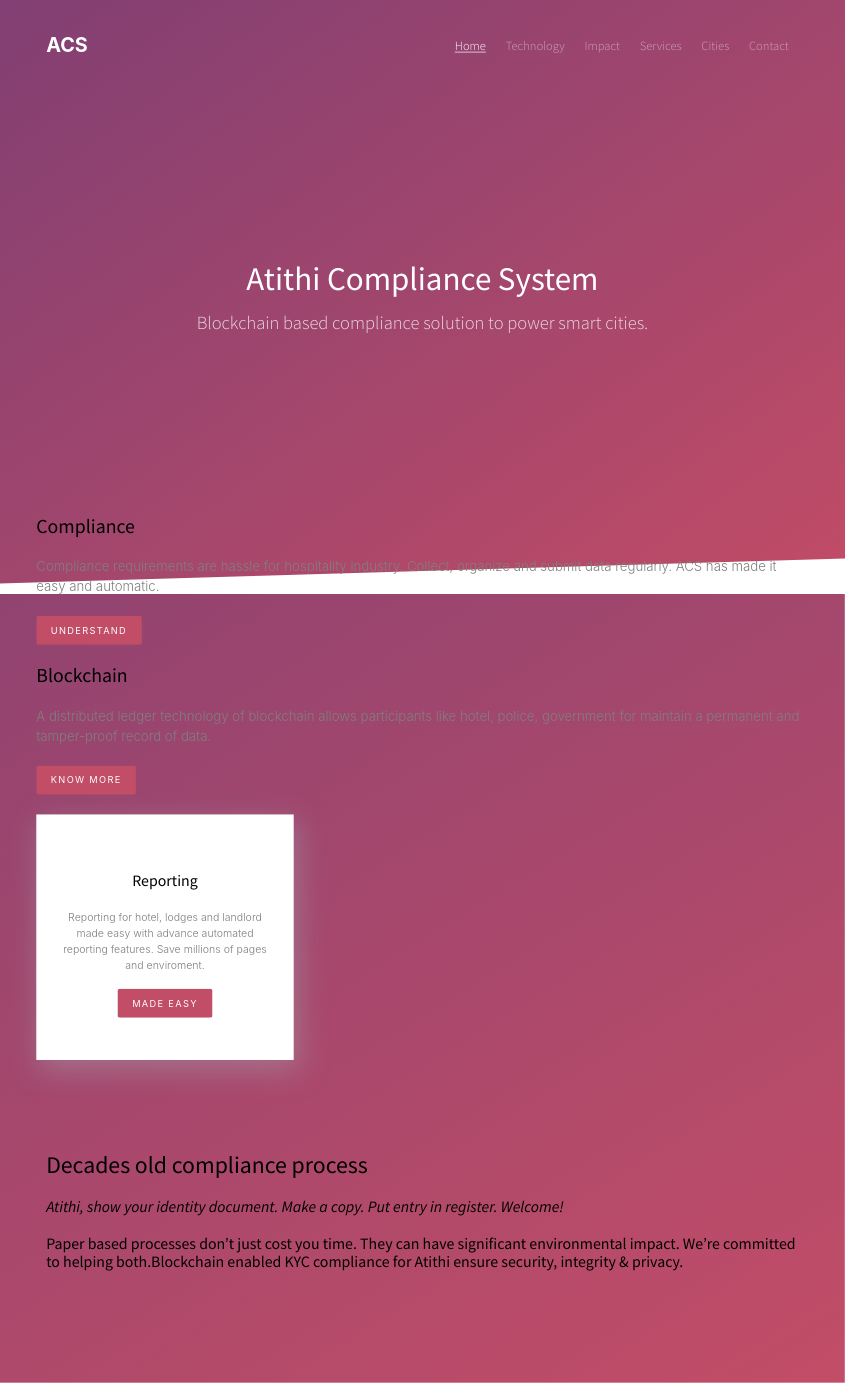
Repository: agarwalrahul-22/acs
Page: /
The author's editor kept a copy of each file at every save. The page is drawn from the files as they stood at one save, then again after a run of saves.
The browser window is 1280 px wide. The pictures show the whole page, at 66% of full size.
The project was rebuilt for these pictures with package versions that can differ from the ones it lists, and the page was loaded fresh each time.

Above is the page before, as saved 2022-10-09 15:51:49.

### public/index.html
<!DOCTYPE html>
<html lang="en">
  <head>
    <meta charset="utf-8" />
    <link rel="icon" href="%PUBLIC_URL%/favicon.ico" />
    <meta name="viewport" content="width=device-width, initial-scale=1" />
    <meta name="theme-color" content="#000000" />
    <meta name="description" content="Blockchain based Atithi Compliance System" />
    <link rel="apple-touch-icon" href="%PUBLIC_URL%/logo192.png" />
    <link href='https://fonts.googleapis.com/css?family=Source+Sans+Pro:400,300,600,400italic,700' rel='stylesheet'
      type='text/css'>
    <link rel="stylesheet" href="css/animate.css">
    <link rel="stylesheet" href="css/icomoon.css">
    <link rel="stylesheet" href="css/simple-line-icons.css">
    <link rel="stylesheet" href="css/magnific-popup.css">
    <link rel="stylesheet" href="css/bootstrap.css">
    <link rel="stylesheet" href="css/style3.css">
    <!--
      manifest.json provides metadata used when your web app is installed on a
      user's mobile device or desktop. See https://developers.google.com/web/fundamentals/web-app-manifest/
    -->
    <link rel="manifest" href="%PUBLIC_URL%/manifest.json" />
    <!--
      Notice the use of %PUBLIC_URL% in the tags above.
      It will be replaced with the URL of the `public` folder during the build.
      Only files inside the `public` folder can be referenced from the HTML.

      Unlike "/favicon.ico" or "favicon.ico", "%PUBLIC_URL%/favicon.ico" will
      work correctly both with client-side routing and a non-root public URL.
      Learn how to configure a non-root public URL by running `npm run build`.
    -->
    <title>Atithi Compliance System</title>
  </head>
  <body>
    <noscript>You need to enable JavaScript to run this app.</noscript>
    <div id="root"></div>
    <!--
      This HTML file is a template.
      If you open it directly in the browser, you will see an empty page.

      You can add webfonts, meta tags, or analytics to this file.
      The build step will place the bundled scripts into the <body> tag.

      To begin the development, run `npm start` or `yarn start`.
      To create a production bundle, use `npm run build` or `yarn build`.
    -->
  </body>
</html>

### src/index.css
body {
  margin: 0;
  font-family: -apple-system, BlinkMacSystemFont, 'Segoe UI', 'Roboto', 'Oxygen',
    'Ubuntu', 'Cantarell', 'Fira Sans', 'Droid Sans', 'Helvetica Neue',
    sans-serif;
  /* background-color: #c24d67; */
  background-image: -webkit-gradient(linear, 0% 0%, 100% 100%, color-stop(0, #7b3f75), color-stop(1, #c24d67));
  /* Android 2.3 */
  background-image: -webkit-repeating-linear-gradient(top left, #7b3f75 0%, #c24d67 100%);
  /* IE10+ */
  /* background-image: repeating-linear-gradient(to bottom right, #7b3f75 0%, #c24d67 100%); */
  background-image: -ms-repeating-linear-gradient(top left, #7b3f75 0%, #c24d67 100%);
  -webkit-font-smoothing: antialiased;
  -moz-osx-font-smoothing: grayscale;
}

code {
  font-family: source-code-pro, Menlo, Monaco, Consolas, 'Courier New',
    monospace;
}

### src/components/LandingComponent.js
import React from 'react'

export default function LandingComponent() {
  return (
    <div>
      <section
        id="fh5co-home"
        data-section="home"
        // style="background-image: url(../images/full_image_2.jpg);"
        data-stellar-background-ratio="0.5"
      >
        <div className="gradient"></div>
        <div className="container">
          <div className="text-wrap">
            <div className="text-inner">
              <h1 className="to-animate">Atithi Compliance System</h1>
              <h2 className="to-animate">
                Blockchain based compliance solution to power smart cities.
              </h2>
            </div>
          </div>
        </div>
        <div className="slant"></div>
      </section>
      <section id="fh5co-intro">
        <div className="container">
          <div className="row row-bottom-padded-lg">
            <div
            //   className="fh5co-block to-animate"
            //   style="background-image: url(images/img_7.jpg);"
            >
              <div className="overlay-darker"></div>
              <div className="overlay"></div>
              <div className="fh5co-text">
                {/* <img
                  src="images/report.svg"
                  style="width: 90px; height: 90px"
                  alt=""
                /> */}
                <p></p>
                <h2>Compliance</h2>
                <p>
                  Compliance requirements are hassle for hospitality industry.
                  Collect, organize and submit data regularly. ACS has made it
                  easy and automatic.
                </p>
                <p>
                  <a href="#" className="btn btn-primary">
                    Understand
                  </a>
                </p>
              </div>
            </div>
            <div
            //   className="fh5co-block to-animate"
            //   style="background-image: url(images/img_8.jpg);"
            >
              <div className="overlay-darker"></div>
              <div className="overlay"></div>
              <div className="fh5co-text">
                {/* <img
                  src="images/blockchain.svg"
                  style="width: 90px; height: 90px"
                  alt=""
                /> */}
                <p></p>
                <h2>Blockchain</h2>
                <p>
                  A distributed ledger technology of blockchain allows
                  participants like hotel, police, government for maintain a
                  permanent and tamper-proof record of data.
                </p>
                <p>
                  <a href="#" className="btn btn-primary">
                    Know More
                  </a>
                </p>
              </div>
            </div>
            <div
              className="fh5co-block to-animate"
            //   style="background-image: url(images/img_10.jpg);"
            >
              {/* <div className="overlay-darker"></div> */}
              {/* <div className="overlay"></div> */}
              <div className="fh5co-text">
                <img
                //   src="images/report.svg"
                //   style="width: 90px; height: 90px"
                //   alt=""
                />
                <p></p>
                <h2>Reporting</h2>
                <p>
                  Reporting for hotel, lodges and landlord made easy with
                  advance automated reporting features. Save millions of pages
                  and enviroment.
                </p>
                <p>
                  <a href="#" className="btn btn-primary">
                    Made Easy
                  </a>
                </p>
              </div>
            </div>
          </div>
          <div>
            <h1>Decades old compliance process</h1>
            <h3>
              <i>
                Atithi, show your identity document. Make a copy. Put entry in
                register. Welcome!
              </i>
            </h3>
            <h3>
              Paper based processes don’t just cost you time. They can have
              significant environmental impact. We’re committed to helping
              both.Blockchain enabled KYC compliance for Atithi ensure security,
              integrity & privacy.
            </h3>
          </div>
        </div>
      </section>
    </div>
  );
}

### public/css/simple-line-icons.css
@font-face {
  font-family: 'simple-line-icons';
  src:  url('../fonts/simple-line-icons/Simple-Line-Icons.eot?v=2.2.2');
  src:  url('../fonts/simple-line-icons/Simple-Line-Icons.eot?#iefix&v=2.2.2') format('embedded-opentype'),
        url('../fonts/simple-line-icons/Simple-Line-Icons.ttf?v=2.2.2') format('truetype'),
        url('../fonts/simple-line-icons/Simple-Line-Icons.woff2?v=2.2.2') format('woff2'),
        url('../fonts/simple-line-icons/Simple-Line-Icons.woff?v=2.2.2') format('woff'),
        url('../fonts/simple-line-icons/Simple-Line-Icons.svg?v=2.2.2#simple-line-icons') format('svg');
  font-weight: normal;
  font-style: normal;
}
/*
 Use the following CSS code if you want to have a class per icon.
 Instead of a list of all class selectors, you can use the generic [class*="icon-"] selector, but it's slower:
*/
.icon-user,
.icon-people,
.icon-user-female,
.icon-user-follow,
.icon-user-following,
.icon-user-unfollow,
.icon-login,
.icon-logout,
.icon-emotsmile,
.icon-phone,
.icon-call-end,
.icon-call-in,
.icon-call-out,
.icon-map,
.icon-location-pin,
.icon-direction,
.icon-directions,
.icon-compass,
.icon-layers,
.icon-menu,
.icon-list,
.icon-options-vertical,
.icon-options,
.icon-arrow-down,
.icon-arrow-left,
.icon-arrow-right,
.icon-arrow-up,
.icon-arrow-up-circle,
.icon-arrow-left-circle,
.icon-arrow-right-circle,
.icon-arrow-down-circle,
.icon-check,
.icon-clock,
.icon-plus,
.icon-close,
.icon-trophy,
.icon-screen-smartphone,
.icon-screen-desktop,
.icon-plane,
.icon-notebook,
.icon-mustache,
.icon-mouse,
.icon-magnet,
.icon-energy,
.icon-disc,
.icon-cursor,
.icon-cursor-move,
.icon-crop,
.icon-chemistry,
.icon-speedometer,
.icon-shield,
.icon-screen-tablet,
.icon-magic-wand,
.icon-hourglass,
.icon-graduation,
.icon-ghost,
.icon-game-controller,
.icon-fire,
.icon-eyeglass,
.icon-envelope-open,
.icon-envelope-letter,
.icon-bell,
.icon-badge,
.icon-anchor,
.icon-wallet,
.icon-vector,
.icon-speech,
.icon-puzzle,
.icon-printer,
.icon-present,
.icon-playlist,
.icon-pin,
.icon-picture,
.icon-handbag,
.icon-globe-alt,
.icon-globe,
.icon-folder-alt,
.icon-folder,
.icon-film,
.icon-feed,
.icon-drop,
.icon-drawar,
.icon-docs,
.icon-doc,
.icon-diamond,
.icon-cup,
.icon-calculator,
.icon-bubbles,
.icon-briefcase,
.icon-book-open,
.icon-basket-loaded,
.icon-basket,
.icon-bag,
.icon-action-undo,
.icon-action-redo,
.icon-wrench,
.icon-umbrella,
.icon-trash,
.icon-tag,
.icon-support,
.icon-frame,
.icon-size-fullscreen,
.icon-size-actual,
.icon-shuffle,
.icon-share-alt,
.icon-share,
.icon-rocket,
.icon-question,
.icon-pie-chart,
.icon-pencil,
.icon-note,
.icon-loop,
.icon-home,
.icon-grid,
.icon-graph,
.icon-microphone,
.icon-music-tone-alt,
.icon-music-tone,
.icon-earphones-alt,
.icon-earphones,
.icon-equalizer,
.icon-like,
.icon-dislike,
.icon-control-start,
.icon-control-rewind,
.icon-control-play,
.icon-control-pause,
.icon-control-forward,
.icon-control-end,
.icon-volume-1,
.icon-volume-2,
.icon-volume-off,
.icon-calendar,
.icon-bulb,
.icon-chart,
.icon-ban,
.icon-bubble,
.icon-camrecorder,
.icon-camera,
.icon-cloud-download,
.icon-cloud-upload,
.icon-envelope,
.icon-eye,
.icon-flag,
.icon-heart,
.icon-info,
.icon-key,
.icon-link,
.icon-lock,
.icon-lock-open,
.icon-magnifier,
.icon-magnifier-add,
.icon-magnifier-remove,
.icon-paper-clip,
.icon-paper-plane,
.icon-power,
.icon-refresh,
.icon-reload,
.icon-settings,
.icon-star,
.icon-symble-female,
.icon-symbol-male,
.icon-target,
.icon-credit-card,
.icon-paypal,
.icon-social-tumblr,
.icon-social-twitter,
.icon-social-facebook,
.icon-social-instagram,
.icon-social-linkedin,
.icon-social-pinterest,
.icon-social-github,
.icon-social-gplus,
.icon-social-reddit,
.icon-social-skype,
.icon-social-dribbble,
.icon-social-behance,
.icon-social-foursqare,
.icon-social-soundcloud,
.icon-social-spotify,
.icon-social-stumbleupon,
.icon-social-youtube,
.icon-social-dropbox {
  font-family: 'simple-line-icons';
  speak: none;
  font-style: normal;
  font-weight: normal;
  font-variant: normal;
  text-transform: none;
  line-height: 1;
  /* Better Font Rendering =========== */
  -webkit-font-smoothing: antialiased;
  -moz-osx-font-smoothing: grayscale;
}
.icon-user:before {
  content: "\e005";
}
.icon-people:before {
  content: "\e001";
}
.icon-user-female:before {
  content: "\e000";
}
.icon-user-follow:before {
  content: "\e002";
}
.icon-user-following:before {
  content: "\e003";
}
.icon-user-unfollow:before {
  content: "\e004";
}
.icon-login:before {
  content: "\e066";
}
.icon-logout:before {
  content: "\e065";
}
.icon-emotsmile:before {
  content: "\e021";
}
.icon-phone:before {
  content: "\e600";
}
.icon-call-end:before {
  content: "\e048";
}
.icon-call-in:before {
  content: "\e047";
}
.icon-call-out:before {
  content: "\e046";
}
.icon-map:before {
  content: "\e033";
}
.icon-location-pin:before {
  content: "\e096";
}
.icon-direction:before {
  content: "\e042";
}
.icon-directions:before {
  content: "\e041";
}
.icon-compass:before {
  content: "\e045";
}
.icon-layers:before {
  content: "\e034";
}
.icon-menu:before {
  content: "\e601";
}
.icon-list:before {
  content: "\e067";
}
.icon-options-vertical:before {
  content: "\e602";
}
.icon-options:before {
  content: "\e603";
}
.icon-arrow-down:before {
  content: "\e604";
}
.icon-arrow-left:before {
  content: "\e605";
}
.icon-arrow-right:before {
  content: "\e606";
}
.icon-arrow-up:before {
  content: "\e607";
}
.icon-arrow-up-circle:before {
  content: "\e078";
}
.icon-arrow-left-circle:before {
  content: "\e07a";
}
.icon-arrow-right-circle:before {
  content: "\e079";
}
.icon-arrow-down-circle:before {
  content: "\e07b";
}
.icon-check:before {
  content: "\e080";
}
.icon-clock:before {
  content: "\e081";
}
.icon-plus:before {
  content: "\e095";
}
.icon-close:before {
  content: "\e082";
}
.icon-trophy:before {
  content: "\e006";
}
.icon-screen-smartphone:before {
  content: "\e010";
}
.icon-screen-desktop:before {
  content: "\e011";
}
.icon-plane:before {
  content: "\e012";
}
.icon-notebook:before {
  content: "\e013";
}
.icon-mustache:before {
  content: "\e014";
}
.icon-mouse:before {
  content: "\e015";
}
.icon-magnet:before {
  content: "\e016";
}
.icon-energy:before {
  content: "\e020";
}
.icon-disc:before {
  content: "\e022";
}
.icon-cursor:before {
  content: "\e06e";
}
.icon-cursor-move:before {
  content: "\e023";
}
.icon-crop:before {
  content: "\e024";
}
.icon-chemistry:before {
  content: "\e026";
}
.icon-speedometer:before {
  content: "\e007";
}
.icon-shield:before {
  content: "\e00e";
}
.icon-screen-tablet:before {
  content: "\e00f";
}
.icon-magic-wand:before {
  content: "\e017";
}
.icon-hourglass:before {
  content: "\e018";
}
.icon-graduation:before {
  content: "\e019";
}
.icon-ghost:before {
  content: "\e01a";
}
.icon-game-controller:before {
  content: "\e01b";
}
.icon-fire:before {
  content: "\e01c";
}
.icon-eyeglass:before {
  content: "\e01d";
}
.icon-envelope-open:before {
  content: "\e01e";
}
.icon-envelope-letter:before {
  content: "\e01f";
}
.icon-bell:before {
  content: "\e027";
}
.icon-badge:before {
  content: "\e028";
}
.icon-anchor:before {
  content: "\e029";
}
.icon-wallet:before {
  content: "\e02a";
}
.icon-vector:before {
  content: "\e02b";
}
.icon-speech:before {
  content: "\e02c";
}
.icon-puzzle:before {
  content: "\e02d";
}
.icon-printer:before {
  content: "\e02e";
}
.icon-present:before {
  content: "\e02f";
}
.icon-playlist:before {
  content: "\e030";
}
.icon-pin:before {
  content: "\e031";
}
.icon-picture:before {
  content: "\e032";
}
.icon-handbag:before {
  content: "\e035";
}
.icon-globe-alt:before {
  content: "\e036";
}
.icon-globe:before {
  content: "\e037";
}
.icon-folder-alt:before {
  content: "\e039";
}
.icon-folder:before {
  content: "\e089";
}
.icon-film:before {
  content: "\e03a";
}
.icon-feed:before {
  content: "\e03b";
}
.icon-drop:before {
  content: "\e03e";
}
.icon-drawar:before {
  content: "\e03f";
}
.icon-docs:before {
  content: "\e040";
}
.icon-doc:before {
  content: "\e085";
}
.icon-diamond:before {
  content: "\e043";
}
.icon-cup:before {
  content: "\e044";
}
.icon-calculator:before {
  content: "\e049";
}
.icon-bubbles:before {
  content: "\e04a";
}
.icon-briefcase:before {
  content: "\e04b";
}
.icon-book-open:before {
  content: "\e04c";
}
.icon-basket-loaded:before {
  content: "\e04d";
}
.icon-basket:before {
  content: "\e04e";
}
.icon-bag:before {
  content: "\e04f";
}
.icon-action-undo:before {
  content: "\e050";
}
.icon-action-redo:before {
  content: "\e051";
}
.icon-wrench:before {
  content: "\e052";
}
.icon-umbrella:before {
  content: "\e053";
}
.icon-trash:before {
  content: "\e054";
}
.icon-tag:before {
  content: "\e055";
}
.icon-support:before {
  content: "\e056";
}
.icon-frame:before {
  content: "\e038";
}
.icon-size-fullscreen:before {
  content: "\e057";
}
.icon-size-actual:before {
  content: "\e058";
}
.icon-shuffle:before {
  content: "\e059";
}
.icon-share-alt:before {
  content: "\e05a";
}
.icon-share:before {
  content: "\e05b";
}
.icon-rocket:before {
  content: "\e05c";
}
.icon-question:before {
  content: "\e05d";
}
.icon-pie-chart:before {
  content: "\e05e";
}
.icon-pencil:before {
  content: "\e05f";
}
.icon-note:before {
  content: "\e060";
}
.icon-loop:before {
  content: "\e064";
}
.icon-home:before {
  content: "\e069";
}
.icon-grid:before {
  content: "\e06a";
}
.icon-graph:before {
  content: "\e06b";
}
.icon-microphone:before {
  content: "\e063";
}
.icon-music-tone-alt:before {
  content: "\e061";
}
.icon-music-tone:before {
  content: "\e062";
}
.icon-earphones-alt:before {
  content: "\e03c";
}
.icon-earphones:before {
  content: "\e03d";
}
.icon-equalizer:before {
  content: "\e06c";
}
.icon-like:before {
  content: "\e068";
}
.icon-dislike:before {
  content: "\e06d";
}
.icon-control-start:before {
  content: "\e06f";
}
.icon-control-rewind:before {
  content: "\e070";
}
.icon-control-play:before {
  content: "\e071";
}
.icon-control-pause:before {
  content: "\e072";
}
.icon-control-forward:before {
  content: "\e073";
}
.icon-control-end:before {
  content: "\e074";
}
.icon-volume-1:before {
  content: "\e09f";
}
.icon-volume-2:before {
  content: "\e0a0";
}
.icon-volume-off:before {
  content: "\e0a1";
}
.icon-calendar:before {
  content: "\e075";
}
.icon-bulb:before {
  content: "\e076";
}
.icon-chart:before {
  content: "\e077";
}
.icon-ban:before {
  content: "\e07c";
}
.icon-bubble:before {
  content: "\e07d";
}
.icon-camrecorder:before {
  content: "\e07e";
}
.icon-camera:before {
  content: "\e07f";
}
.icon-cloud-download:before {
  content: "\e083";
}
.icon-cloud-upload:before {
  content: "\e084";
}
.icon-envelope:before {
  content: "\e086";
}
.icon-eye:before {
  content: "\e087";
}
.icon-flag:before {
  content: "\e088";
}
.icon-heart:before {
  content: "\e08a";
}
.icon-info:before {
  content: "\e08b";
}
.icon-key:before {
  content: "\e08c";
}
.icon-link:before {
  content: "\e08d";
}
.icon-lock:before {
  content: "\e08e";
}
.icon-lock-open:before {
  content: "\e08f";
}
.icon-magnifier:before {
  content: "\e090";
}
.icon-magnifier-add:before {
  content: "\e091";
}
.icon-magnifier-remove:before {
  content: "\e092";
}
.icon-paper-clip:before {
  content: "\e093";
}
.icon-paper-plane:before {
  content: "\e094";
}
.icon-power:before {
  content: "\e097";
}
.icon-refresh:before {
  content: "\e098";
}
.icon-reload:before {
  content: "\e099";
}
.icon-settings:before {
  content: "\e09a";
}
.icon-star:before {
  content: "\e09b";
}
.icon-symble-female:before {
  content: "\e09c";
}
.icon-symbol-male:before {
  content: "\e09d";
}
.icon-target:before {
  content: "\e09e";
}
.icon-credit-card:before {
  content: "\e025";
}
.icon-paypal:before {
  content: "\e608";
}
.icon-social-tumblr:before {
  content: "\e00a";
}
.icon-social-twitter:before {
  content: "\e009";
}
.icon-social-facebook:before {
  content: "\e00b";
}
.icon-social-instagram:before {
  content: "\e609";
}
.icon-social-linkedin:before {
  content: "\e60a";
}
.icon-social-pinterest:before {
  content: "\e60b";
}
.icon-social-github:before {
  content: "\e60c";
}
.icon-social-gplus:before {
  content: "\e60d";
}
.icon-social-reddit:before {
  content: "\e60e";
}
.icon-social-skype:before {
  content: "\e60f";
}
.icon-social-dribbble:before {
  content: "\e00d";
}
.icon-social-behance:before {
  content: "\e610";
}
.icon-social-foursqare:before {
  content: "\e611";
}
.icon-social-soundcloud:before {
  content: "\e612";
}
.icon-social-spotify:before {
  content: "\e613";
}
.icon-social-stumbleupon:before {
  content: "\e614";
}
.icon-social-youtube:before {
  content: "\e008";
}
.icon-social-dropbox:before {
  content: "\e00c";
}

Loaded but not shown: src/index.js (common file); src/reportWebVitals.js (common file); public/css/animate.css (library); public/css/icomoon.css (common file); public/css/magnific-popup.css (library); public/css/bootstrap.css (library); src/components/HeaderComponent.js (31 lines, source omitted); src/App.js (13 lines, source omitted); public/css/style3.css (1411 lines, source omitted)

After the next 2 saves:
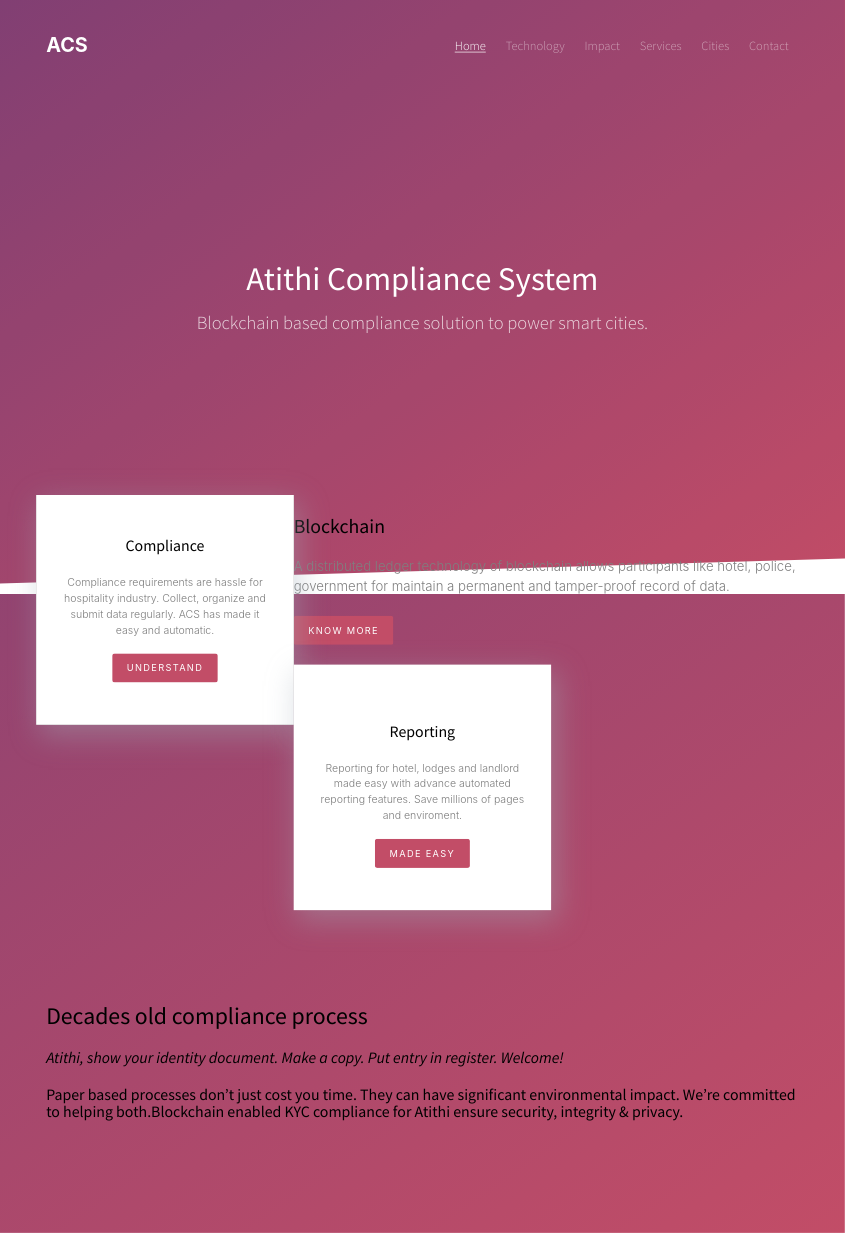
The 2 saves are shown as one change because 1 did not build or start.
The last was saved 32 s later.
--- a/src/components/LandingComponent.js
+++ b/src/components/LandingComponent.js
@@ -26,7 +26,7 @@ export default function LandingComponent() {
         <div className="container">
           <div className="row row-bottom-padded-lg">
             <div
-            //   className="fh5co-block to-animate"
+              className="fh5co-block to-animate"
             //   style="background-image: url(images/img_7.jpg);"
             >
               <div className="overlay-darker"></div>
